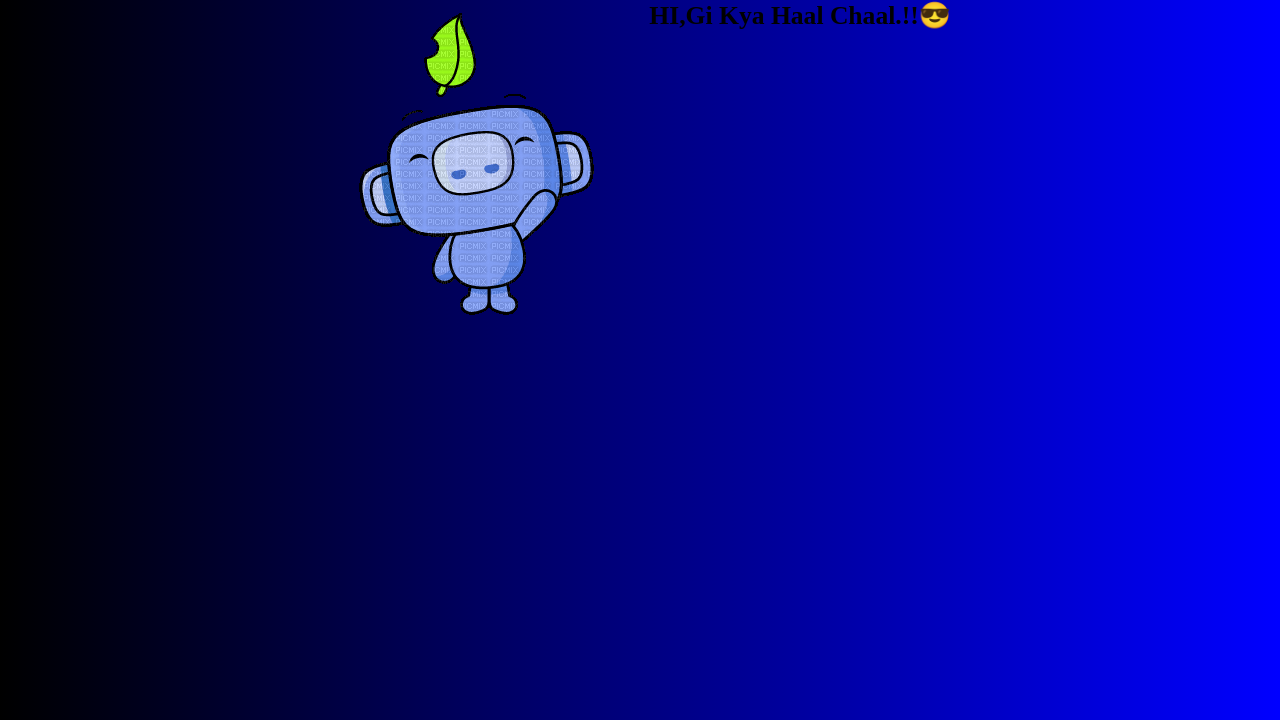
Repository: Deepak-Mane1902/simple-Calculator-using-JSP-Servlet
Page: http://localhost/webProject/
The author's editor kept a copy of each file at every save. The page is drawn from the files as they stood at one save, then again after the next save.
The browser window is 1280 px wide. The pictures show the whole page.
The page is served by Tomcat 9.

Above is the page before, as saved 2024-12-15 06:36:44.

After the next save:
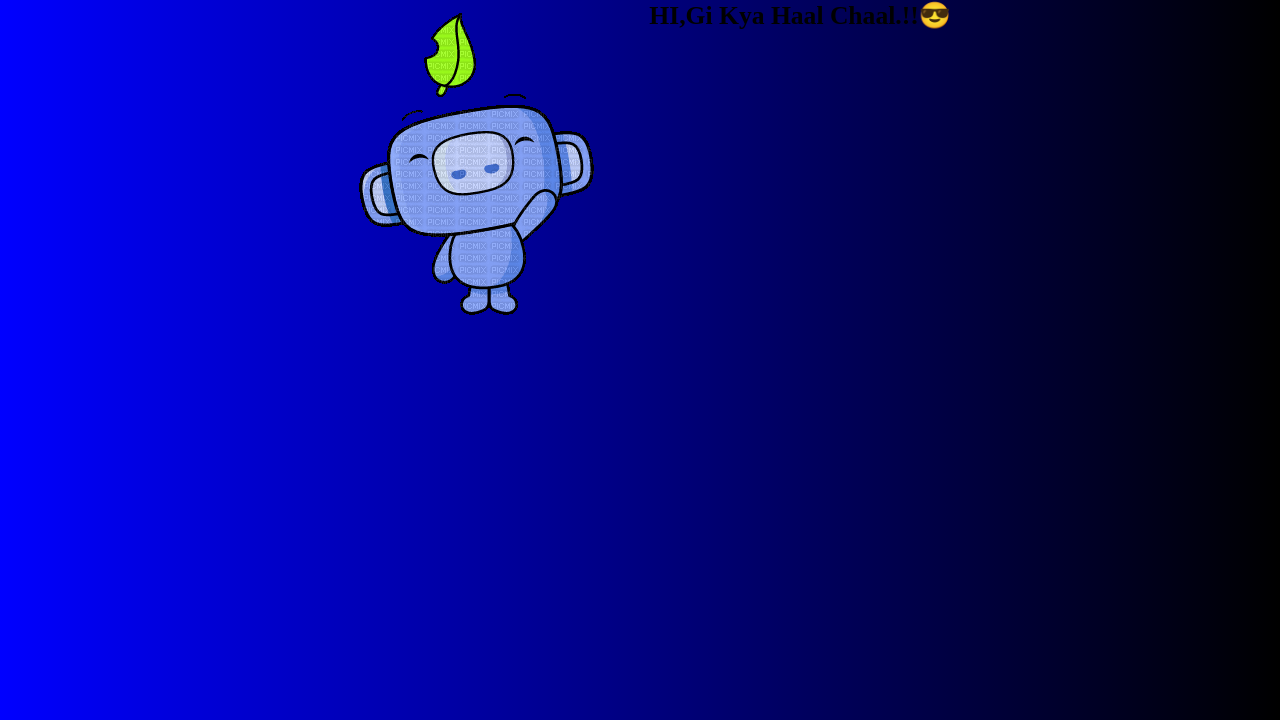
Saved 9 s later.
--- a/webProject/src/main/webapp/style.css
+++ b/webProject/src/main/webapp/style.css
@@ -6,7 +6,7 @@
 html,body{
 	width:100%;
 	height:100%;
-		background:linear-gradient(to left, blue,black);
+		background:linear-gradient(to right, blue,black);
 }
 main{
 	display:flex;
